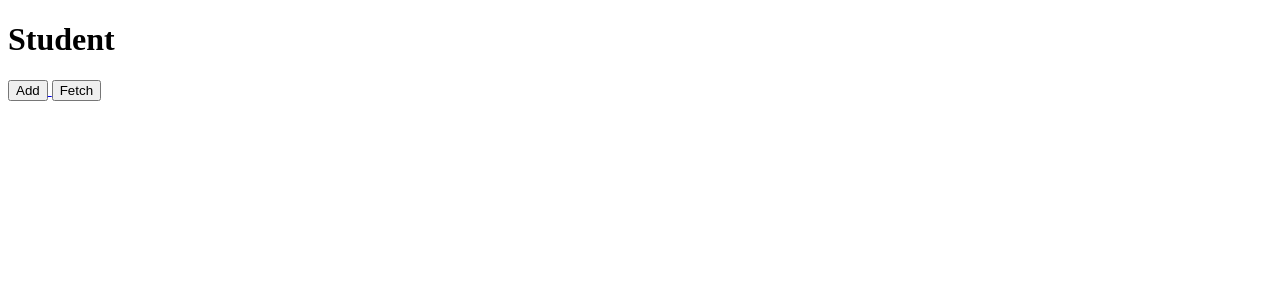
Repository: mannu343/project
Page: student/src/main/webapp/Home.html
An editor plug-in stored every save of this project. The page is shown before and after the next save, followed by the edit.
The browser window is 1280 px wide. The pictures show the whole page.

Above is the page before, as saved 2023-02-04 05:56:58.

### student/src/main/webapp/Home.html
<!DOCTYPE html>
<html>
<head>
<meta charset="ISO-8859-1">
<title>Home</title>
</head>
<body>
<h1>Student </h1>
<a href="student.html"> <button>Add  </button> </a>
<a href=""> <button>Fetch  </button> </a>

</body>
</html>

After the next save:
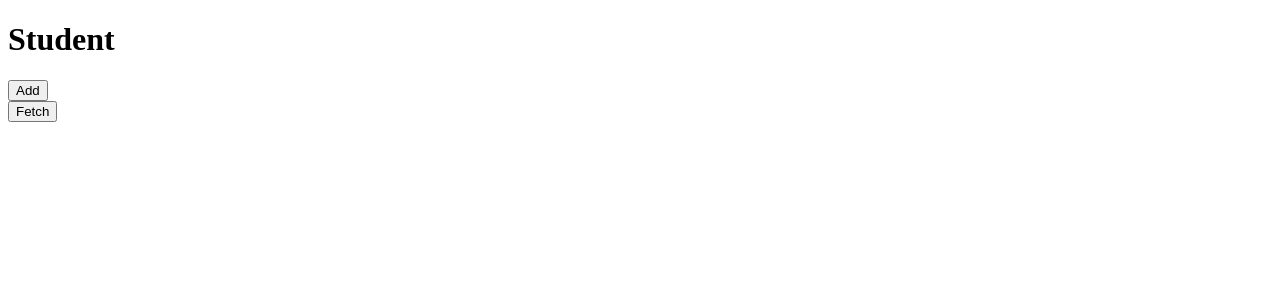
Saved 7 min 17 s later.
--- a/student/src/main/webapp/Home.html
+++ b/student/src/main/webapp/Home.html
@@ -7,6 +7,7 @@
 <body>
 <h1>Student </h1>
 <a href="student.html"> <button>Add  </button> </a>
+<div margin-right: 4px; ></div>
 <a href=""> <button>Fetch  </button> </a>
 
 </body>

After the save that followed:
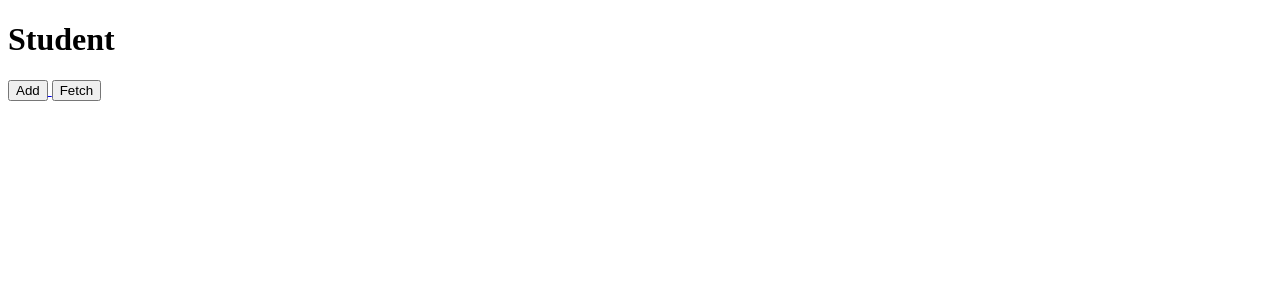
Saved 47 s later.
--- a/student/src/main/webapp/Home.html
+++ b/student/src/main/webapp/Home.html
@@ -7,7 +7,6 @@
 <body>
 <h1>Student </h1>
 <a href="student.html"> <button>Add  </button> </a>
-<div margin-right: 4px; ></div>
 <a href=""> <button>Fetch  </button> </a>
 
 </body>
